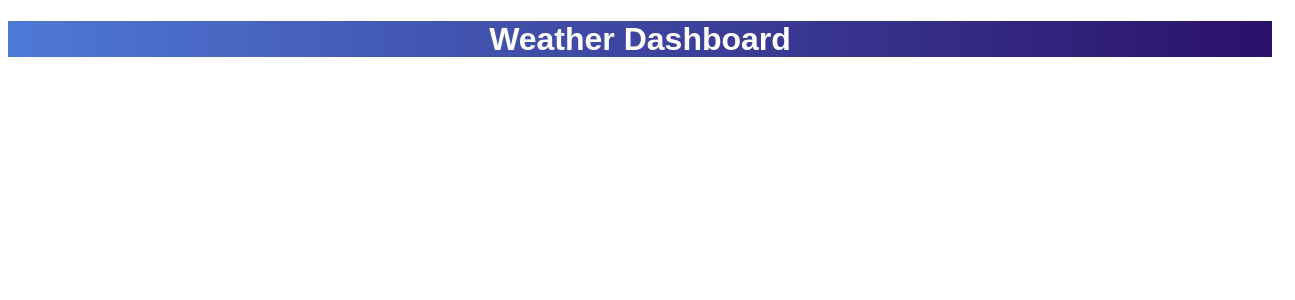
Repository: brenhamp/weather-dashboard
Page: index.html
The author's editor kept a copy of each file at every save. The page is drawn from the files as they stood at one save, then again after the next save.
The browser window is 1280 px wide. The page is 1280 px wide, then 1295 px, so the pictures cover 1295 px, including what lies to the right of the window. The pictures show the whole page.
Some web libraries are served in a nearby version.

Above is the page before, as saved 2021-12-09 18:54:20.

### index.html
<!DOCTYPE html>
<html lang="en">
<head>
    <meta charset="UTF-8">
    <meta http-equiv="X-UA-Compatible" content="IE=edge">
    <meta name="viewport" content="width=device-width, initial-scale=1.0">
    <link rel="stylesheet" href="./assets/css/style.css">
    <link rel="stylesheet" href="https://fonts.googleapis.com/css?family=IBM+Plex+Sans:400,400i,700&display=swap">
    <title>Weather Dashboard</title>
</head>
<body class="flex-column min-100-vh">
    <header class="hero">
        <h1>Weather Dashboard</h1>
    </header>


</body>
</html>

### assets/css/style.css
* {
    font-family: Arial, Helvetica, sans-serif;
}

.hero {
    background-image: linear-gradient(to right, rgb(78, 121, 214), rgb(43, 17, 104));
    height: 5vh;
    text-align: center;
    margin: auto;
    line-height: 5vh;
    color: white
}

After the next save:
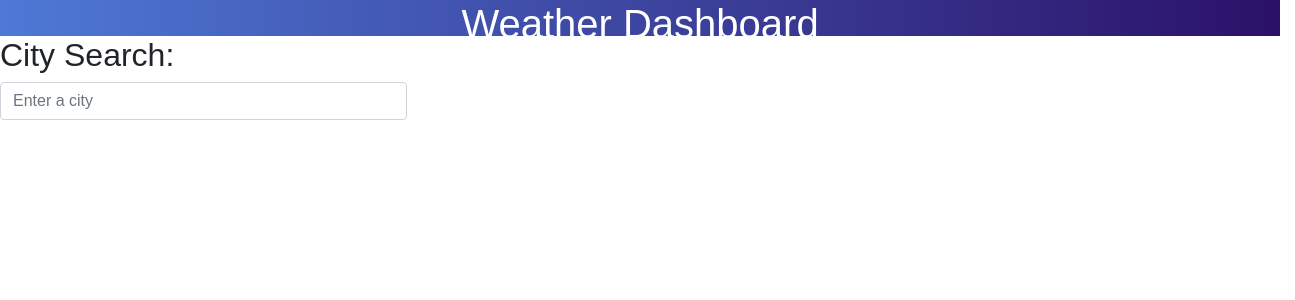
Saved 28 h 25 min later.
--- a/index.html
+++ b/index.html
@@ -5,14 +5,25 @@
     <meta http-equiv="X-UA-Compatible" content="IE=edge">
     <meta name="viewport" content="width=device-width, initial-scale=1.0">
     <link rel="stylesheet" href="./assets/css/style.css">
-    <link rel="stylesheet" href="https://fonts.googleapis.com/css?family=IBM+Plex+Sans:400,400i,700&display=swap">
+    <link rel="stylesheet" href="https://stackpath.bootstrapcdn.com/bootstrap/4.3.1/css/bootstrap.min.css" crossorigin="anonymous">
+    <link rel="stylesheet" href="https://cdnjs.cloudflare.com/ajax/libs/font-awesome/5.11.2/css/all.min.css">
     <title>Weather Dashboard</title>
 </head>
-<body class="flex-column min-100-vh">
+<body>
     <header class="hero">
         <h1>Weather Dashboard</h1>
     </header>
 
+    <div class="row">
+        <div class="col-lg-4">
+            <h2>City Search:</h2>
+            <div class="input-group">
+                <input id="enter-city" type="text" class="form-control" placeholder="Enter a city" aria-label="Enter a city">
+
+            </div>
+        </div>
+    </div>
+
 
 </body>
 </html>
